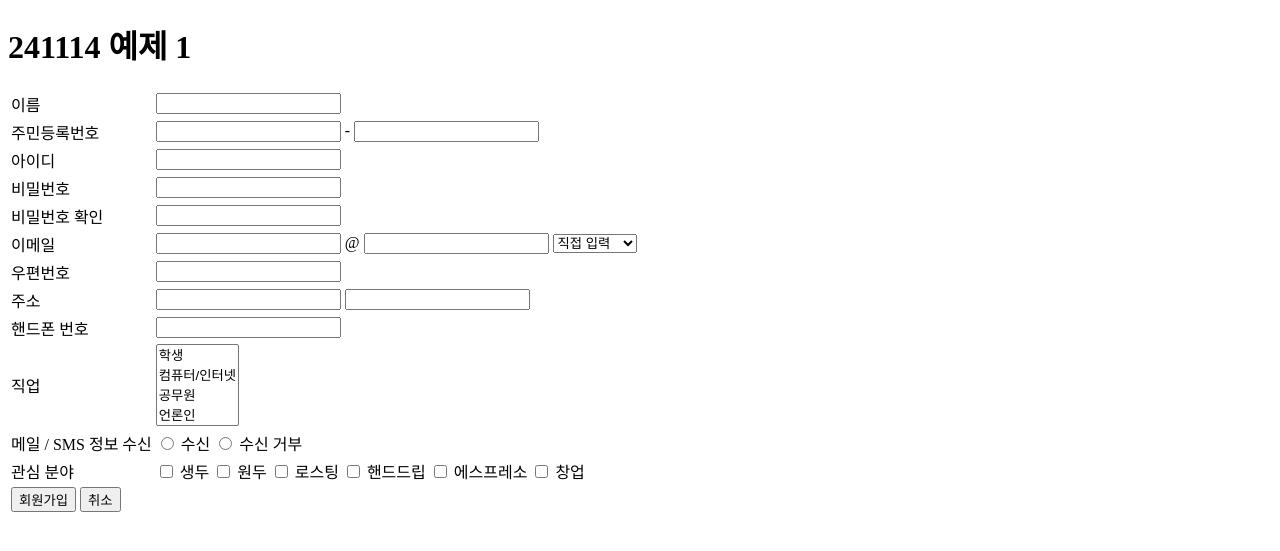
Repository: jsunnypi/JSP
Page: http://localhost/Test/inputForm.jsp
These files come from the project's save history. The page is drawn as it stood at one moment and after the next save; the edit follows.
The browser window is 1280 px wide. The pictures show the whole page.
The page is served by Tomcat 9.

Above is the page before, as saved 2024-11-14 05:10:08.

After the next save:
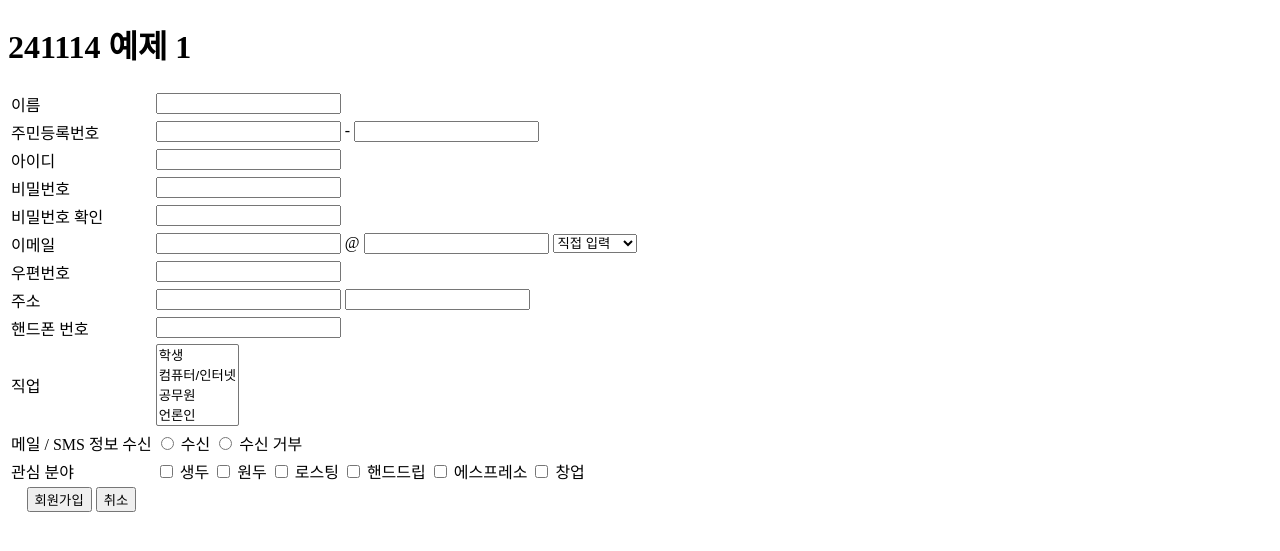
Saved 65 s later.
--- a/Test/src/main/webapp/inputForm.jsp
+++ b/Test/src/main/webapp/inputForm.jsp
@@ -121,8 +121,8 @@
 			</tr>
 
 			<tr>
-				<td>
-					<input type="submit" value="회원가입">
+				<td align="center">
+					<input type="submit" value="회원가입" >
 
 					<input type="reset" value="취소">
 				</td>
